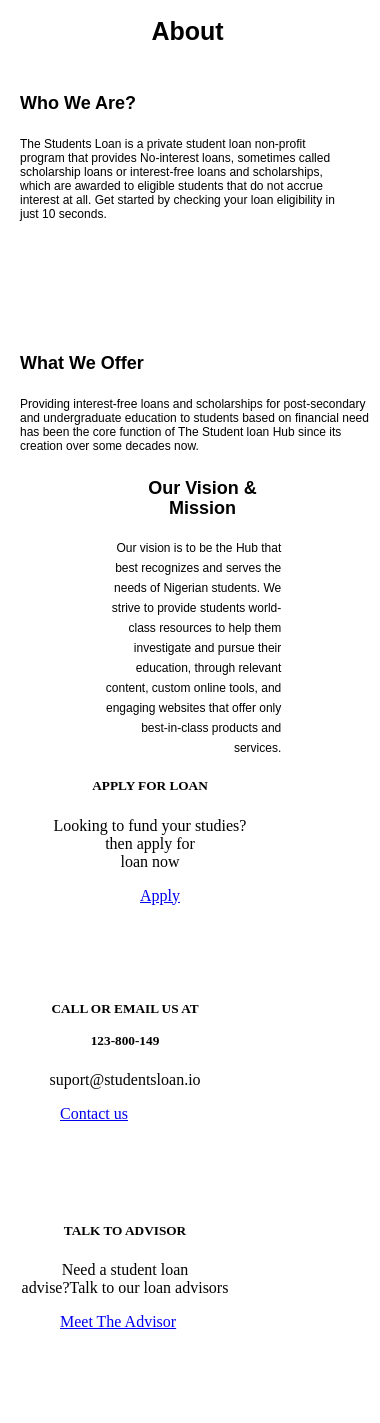
Repository: Tobby004/basic-loanweb
Page: about.html
The author's editor kept a copy of each file at every save. The page is drawn from the files as they stood at one save, then again after the next save.
The browser window is 375 px wide. The page is 380 px wide, so the pictures cover 380 px, including what lies to the right of the window. The pictures show the whole page.

Above is the page before, as saved 2023-07-05 09:22:17.

After the next save:
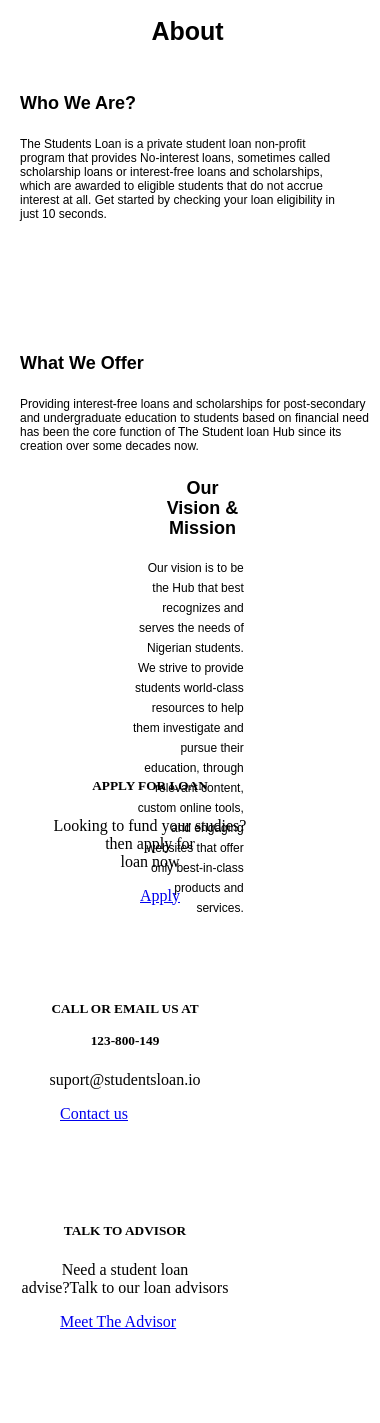
Saved 2 min 8 s later.
--- a/about.css
+++ b/about.css
@@ -106,7 +106,7 @@ h1 {
 @media only screen and (max-width:400px) {
     .container {
         display: inline-block;
-        width: 150px;
+       width: 30%;
     }
     box-1{
         margin-top: 10px;
@@ -127,7 +127,7 @@ h1 {
    .box {
         display: block;
         height: 200px;
-        width: 50%;
+        width: 30%;
         margin-bottom: 100px;
    }
   .box h4 {
